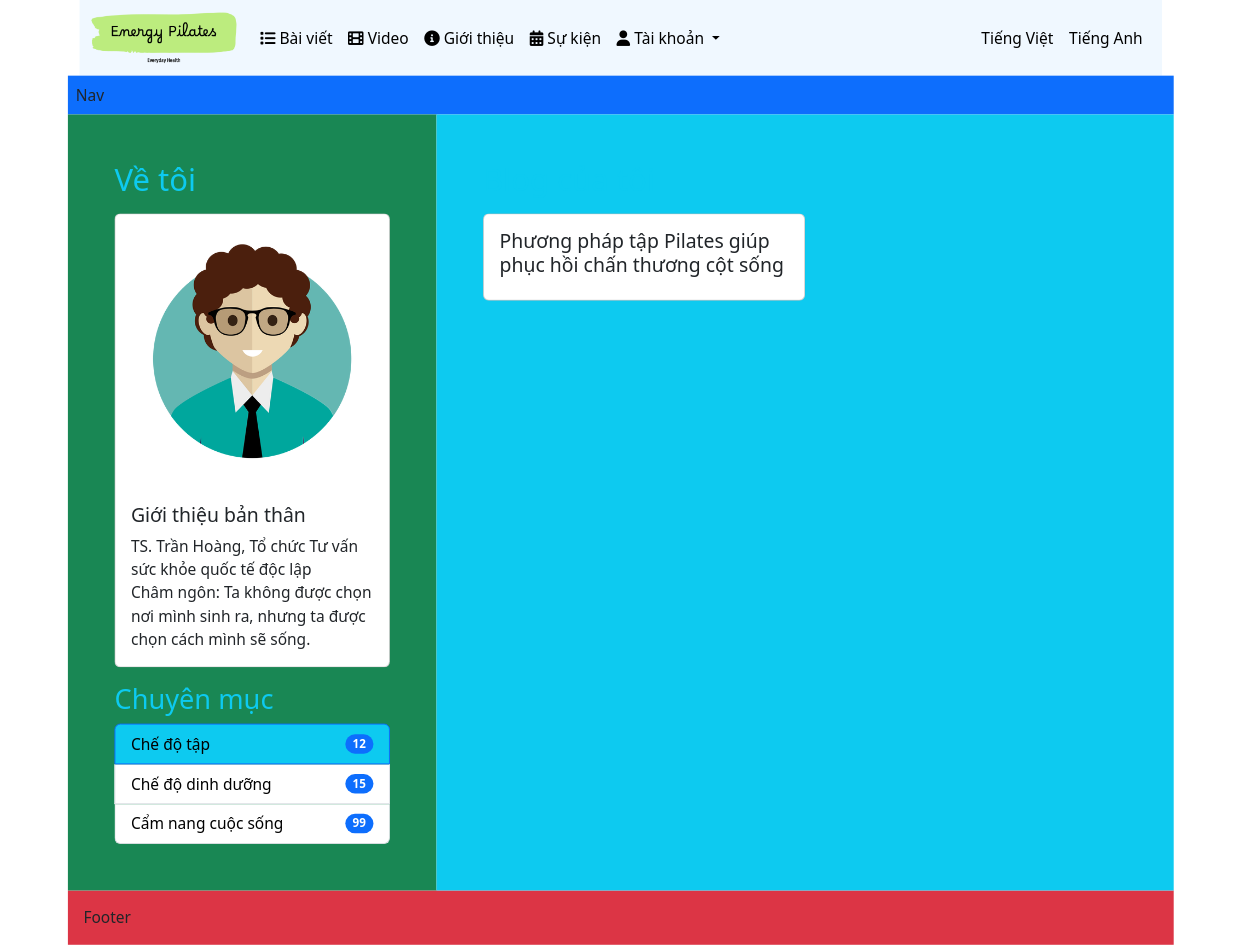
Repository: KizukoHeiwa/SOF308
Page: Lab1/index.html
An editor plug-in stored every save of this project. The page is shown before and after a run of saves, followed by the edit.
The browser window is 1280 px wide. The pictures show the whole page, at 97% of full size.

Above is the page before, as saved 2024-10-31 10:16:05.

### Lab1/index.html
<!DOCTYPE html>
<html lang="en">
<head>
    <meta charset="UTF-8">
    <meta name="viewport" content="width=device-width, initial-scale=1.0">
    <title>FPT Polytechnic</title>
    <link href="https://cdn.jsdelivr.net/npm/bootstrap@5.3.3/dist/css/bootstrap.min.css" rel="stylesheet" integrity="sha384-QWTKZyjpPEjISv5WaRU9OFeRpok6YctnYmDr5pNlyT2bRjXh0JMhjY6hW+ALEwIH" crossorigin="anonymous">
    <link rel="stylesheet" href="https://cdnjs.cloudflare.com/ajax/libs/fontawesome/6.0.0-beta3/css/all.min.css">
    <script src="https://cdn.jsdelivr.net/npm/bootstrap@5.3.3/dist/js/bootstrap.bundle.min.js" integrity="sha384-YvpcrYf0tY3lHB60NNkmXc5s9fDVZLESaAA55NDzOxhy9GkcIdslK1eN7N6jIeHz" crossorigin="anonymous"></script>
    <style>
        header{
            background-color: aliceblue;
            /* box-shadow: 1px 1px 2px 1px lightgray; */
        }
        .nav-link{
            color: black;
        }
        .nav-link:hover{
            color: green;
        }
        .navbar-nav .nav-link.active, .navbar-nav .nav-link.show {
            color: green;
        }
    </style>
</head>
<body>
    <div class="container">
        <header>
            <nav class="navbar navbar-expand-sm">
                <div class="container">
                    <a class="navbar-brand" href="#">
                        <img src="img/logo-energy-pilates.png" alt="" style="width: 150px;">
                    </a>
                    <div class="collapse navbar-collapse" id="collapsibleNavbar">
                        <ul class="navbar-nav me-auto">
                            <li class="nav-item">
                                <a class="nav-link" href="#"><i class="fa-solid fa-list"></i> Bài viết</a>
                            </li>
                            <li class="nav-item">
                                <a class="nav-link" href="#"><i class="fa-solid fa-film"></i> Video</a>
                            </li>
                            <li class="nav-item">
                                <a class="nav-link" href="#"><i class="fa-solid fa-circle-info"></i> Giới thiệu</a>
                            </li>
                            <li class="nav-item">
                                <a class="nav-link" href="#"><i class="fa-solid fa-calendar-days"></i> Sự kiện</a>
                            </li>
                            <li class="nav-item dropdown">
                                <a class="nav-link dropdown-toggle" href="#" role="button" data-bs-toggle="dropdown">
                                    <i class="fa-solid fa-user"></i> Tài khoản
                                </a>
                                <ul class="dropdown-menu">
                                    <li><a class="dropdown-item" href="#">Đăng nhập</a></li>
                                    <li><a class="dropdown-item" href="#">Quên mật khẩu</a></li>
                                    <li><a class="dropdown-item" href="#">Đăng ký thành viên</a></li>
                                </ul>
                            </li>
                        </ul>
                        <ul class="navbar-nav d-flex">
                            <li class="nav-item">
                                <a class="nav-link">Tiếng Việt</a>
                            </li>
                            <li class="nav-item">
                                <a class="nav-link">Tiếng Anh</a>
                            </li>
                        </ul>
                    </div>
                </div>
            </nav>
        </header>
        <nav class="row bg-primary p-2">Nav</nav>
        <section class="row">
            <aside class="col-sm-4 bg-success p-5">
                <div class="col-sm">
                    <h2 class="text-info mb-3">Về tôi</h2>
                    <div class="card mb-3">
                        <img src="img/avatar.png" class="card-img-top" alt="">
                        <div class="card-body">
                            <h5 class="card-title">Giới thiệu bản thân</h5>
                            <p class="card-text">TS. Trần Hoàng, Tổ chức Tư vấn sức khỏe quốc tế độc lập <br>
                                Châm ngôn: Ta không được chọn nơi mình sinh ra, nhưng ta được chọn cách mình sẽ sống.
                            </p>
                        </div>
                    </div>

                    <h3 class="text-info mt-2">Chuyên mục</h3>
                    <ul class="list-group">
                        <li class="list-group-item active bg-info d-flex justify-content-between align-items-center">
                            <a class="nav-link" href="#">Chế độ tập</a>
                            <span class="badge bg-primary rounded-pill">12</span>
                        </li>
                        <li class="list-group-item d-flex justify-content-between align-items-center">
                            <a class="nav-link" href="#">Chế độ dinh dưỡng</a>
                            <span class="badge bg-primary rounded-pill">15</span>
                        </li>
                        <li class="list-group-item d-flex justify-content-between align-items-center">
                            <a class="nav-link" href="#">Cẩm nang cuộc sống</a>
                            <span class="badge bg-primary rounded-pill">99</span>
                        </li>
                    </ul>
                    <!-- end Chuyên mục -->
                </div>
            </aside>
            <article class="col-sm-8 bg-info p-5">
                <div class="col-sm">
                    <h2 class="text-info mb-3">Blog của tôi</h2>
                    <div class="card col-sm-6">
                        <div class="card-body">
                            <h5 class="card-title">Phương pháp tập Pilates giúp phục hồi chấn thương cột sống </h5>
                        </div>
                    </div>
                </div>
            </article>
        </section>
        <footer class="row bg-danger p-3">Footer</footer>
    </div>
</body>
</html>

After the next 2 saves:
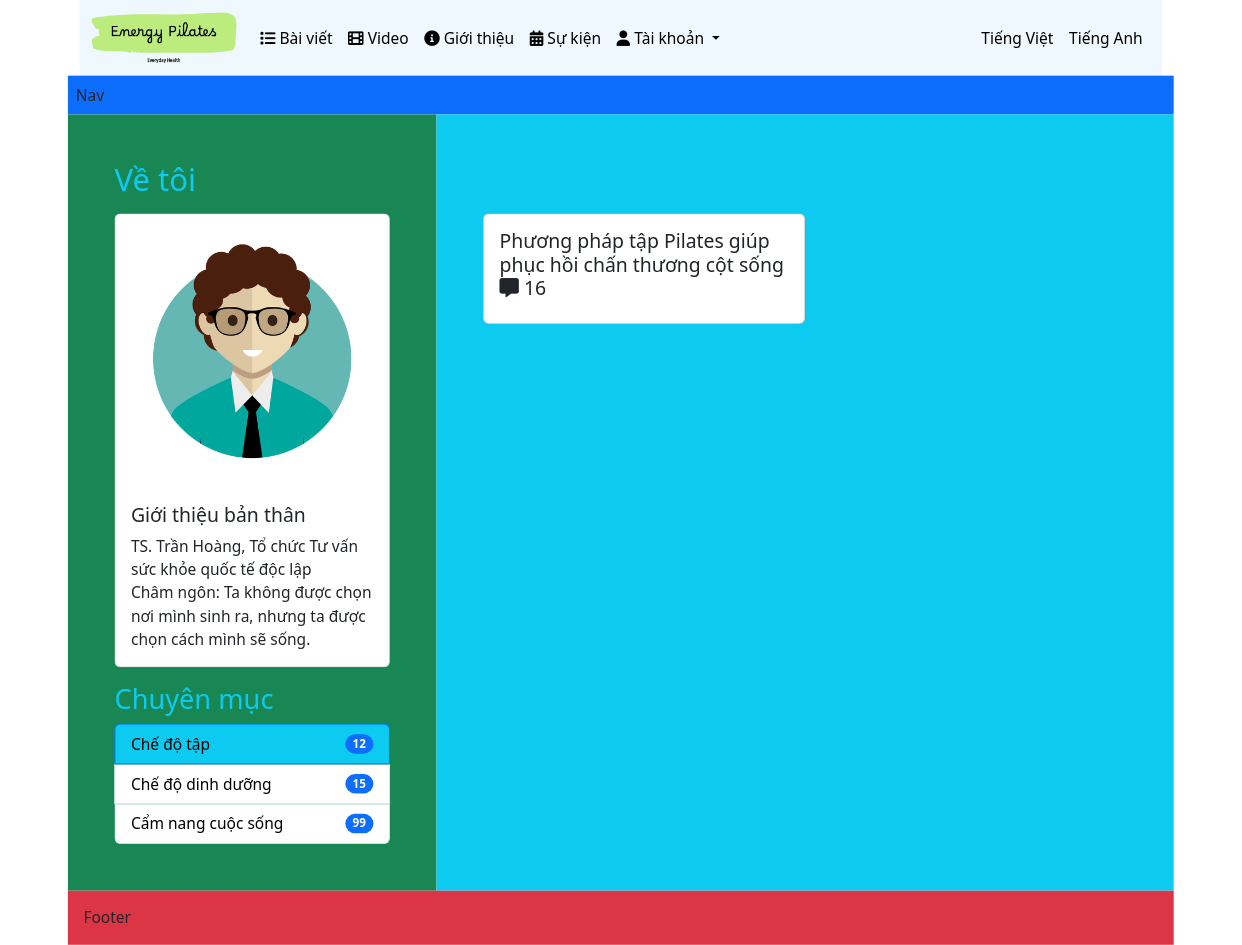
The 2 saves are shown as one change because they came seconds apart.
The last was saved 34 s later.
--- a/Lab1/index.html
+++ b/Lab1/index.html
@@ -106,7 +106,7 @@
                     <h2 class="text-info mb-3">Blog của tôi</h2>
                     <div class="card col-sm-6">
                         <div class="card-body">
-                            <h5 class="card-title">Phương pháp tập Pilates giúp phục hồi chấn thương cột sống </h5>
+                            <h5 class="card-title">Phương pháp tập Pilates giúp phục hồi chấn thương cột sống <i class="fa-solid fa-message"></i> 16</h5>
                         </div>
                     </div>
                 </div>
